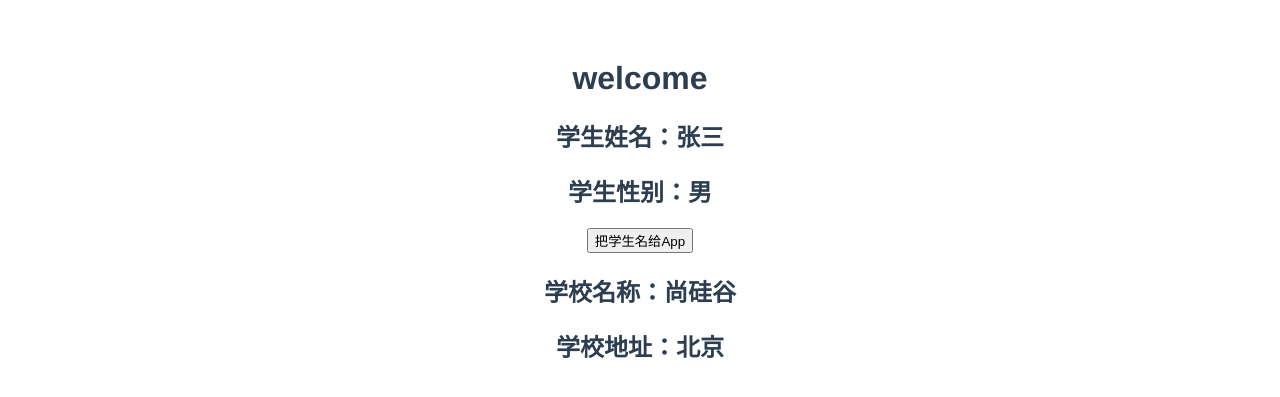
Repository: 319226862/wyy
Page: / (app in test/)
The author's editor kept a copy of each file at every save. The page is drawn from the files as they stood at one save, then again after the next save.
The browser window is 1280 px wide. The pictures show the whole page.
The project was rebuilt for these pictures with package versions that can differ from the ones it lists, and the page was loaded fresh each time. Also part of the build but not shown: test/vue.config.js.

Above is the page before, as saved 2023-06-21 16:23:34.

After the next save:
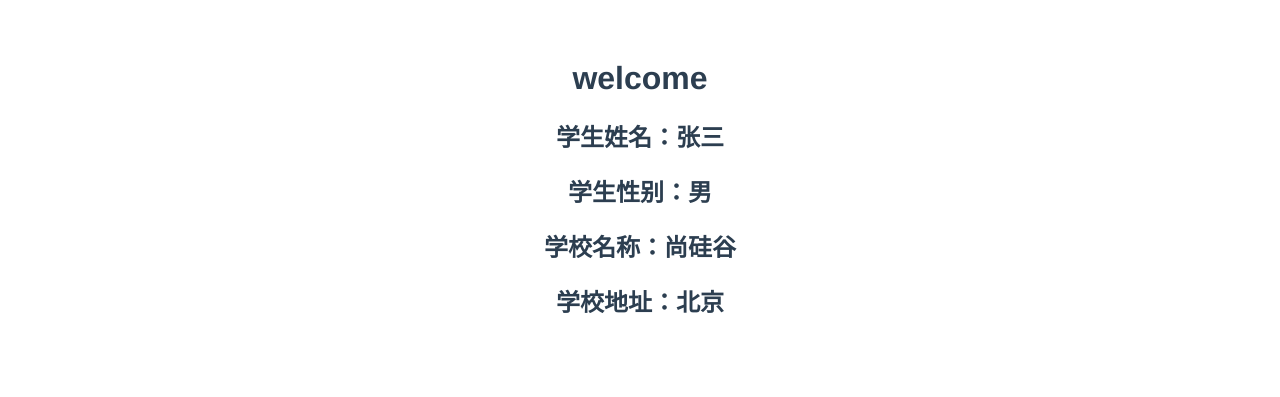
Saved 5 s later.
--- a/test/src/components/School.vue
+++ b/test/src/components/School.vue
@@ -2,7 +2,6 @@
     <div class="school">
         <h2>学生姓名：{{ name }}</h2>
         <h2>学生性别：{{ sex }}</h2>
-        <button @click="sendStuentdName">把学生名给App</button>
     </div>
 </template>
 
@@ -16,9 +15,7 @@ export default {
         }
     },
     methods:{
-        sendStuentdName(){
-            this.$emit('aaa',this.name )
-        }
+
     }
 }
 </script>
